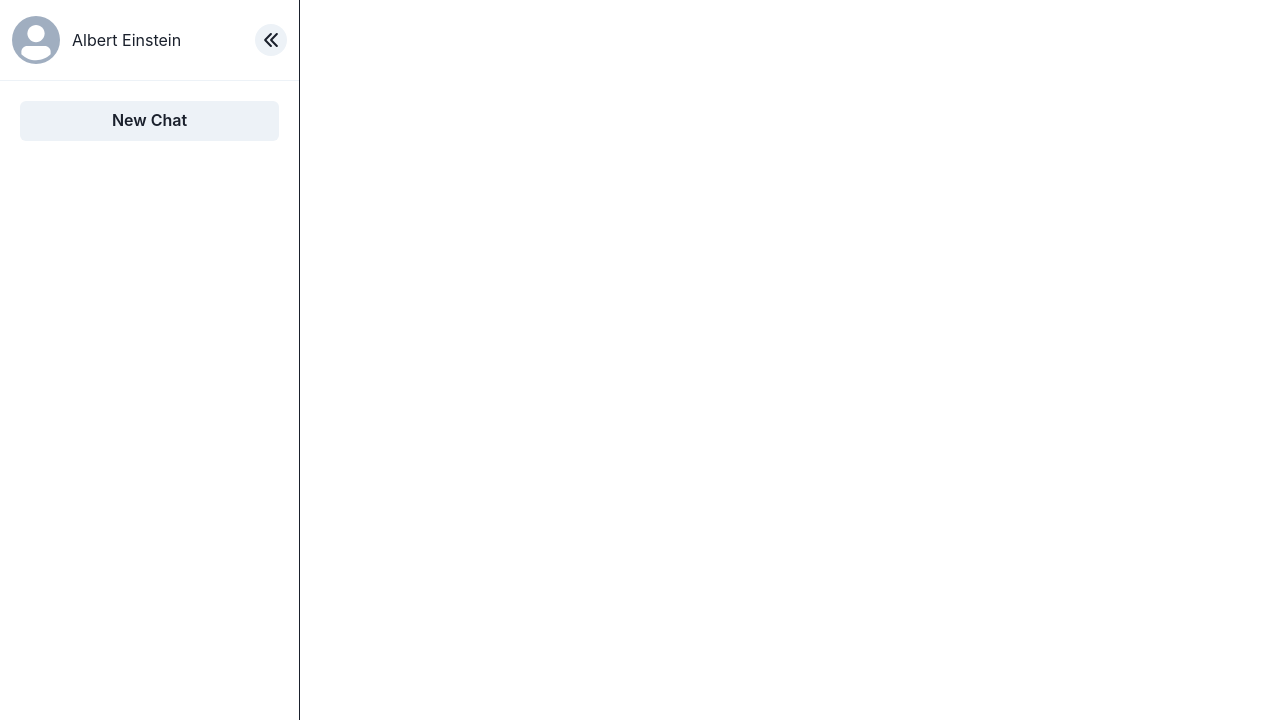
Repository: Siva20021/chat-app
Page: /
These files come from the project's save history. The page is drawn as it stood at one moment and after a run of saves; the edit follows.
The browser window is 1280 px wide. The pictures show the whole page.
The project was rebuilt for these pictures with package versions that can differ from the ones it lists, and the page was loaded fresh each time. The framework's server and built-in components were replaced by stand-ins that run in the browser. Also part of the build but not shown: next.config.js, components/Login.js.

Above is the page before, as saved 2022-06-05 12:07:00.

### pages/_app.js
import { ChakraProvider } from "@chakra-ui/react"
import Login from "../components/Login"
import Sidebar from "../components/Sidebar"


function MyApp({ Component, pageProps }) {
  //return <Component {...pageProps} />
  return(
    <ChakraProvider>
      <Sidebar/>
    </ChakraProvider>
  )
}

export default MyApp

### pages/index.js
import Head from 'next/head'


export default function Home() {
  return (
    <div>
      <Head>
        <title>Create Next App</title>
        <meta name="description" content="Generated by create next app" />
        <link rel="icon" href="/favicon.ico" />
      </Head>
    </div>
  )
}

### components/Sidebar.js
import { ArrowLeftIcon } from '@chakra-ui/icons'
import { Avatar, Button, Flex, IconButton, Text } from '@chakra-ui/react'
import React from 'react'

export default function Sidebar() {
  return (
    <Flex
        //bg="blue.100"
        w="300px"
        h="100vh"
        borderEnd="1px solid"
        borderColors="gray.200"
        direction="column"
    >
        <Flex
            //bg="red.100"
            h="81px" w="100%"
            align="center"
            justifyContent="space-between"
            borderBottom="1px solid" borderColor="gray.100"
            p={3}

        >
            <Flex align="center">
                <Avatar src="" marginEnd={3} />
                <Text>Albert Einstein</Text>
            </Flex>

            <IconButton size="sm" isRound icon={<ArrowLeftIcon/>}/>
        </Flex>
        <Button m={5} p={4}>New Chat</Button>
        <Flex>

        </Flex>
    </Flex>
  )
}

After the next 3 saves:
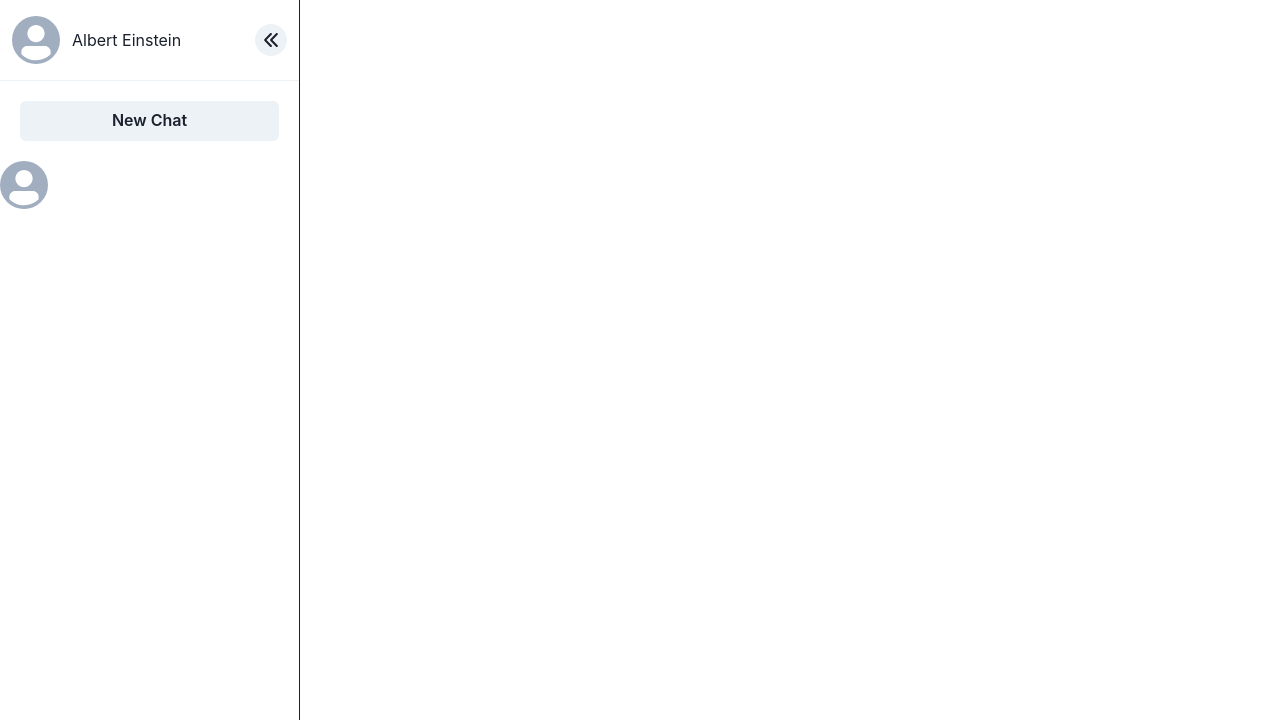
The 3 saves are shown as one change because 1 did not build or start and some came seconds apart.
The last was saved 14 s later.
--- a/components/Sidebar.js
+++ b/components/Sidebar.js
@@ -30,7 +30,7 @@ export default function Sidebar() {
         </Flex>
         <Button m={5} p={4}>New Chat</Button>
         <Flex>
-
+            <Avatar/>
         </Flex>
     </Flex>
   )
